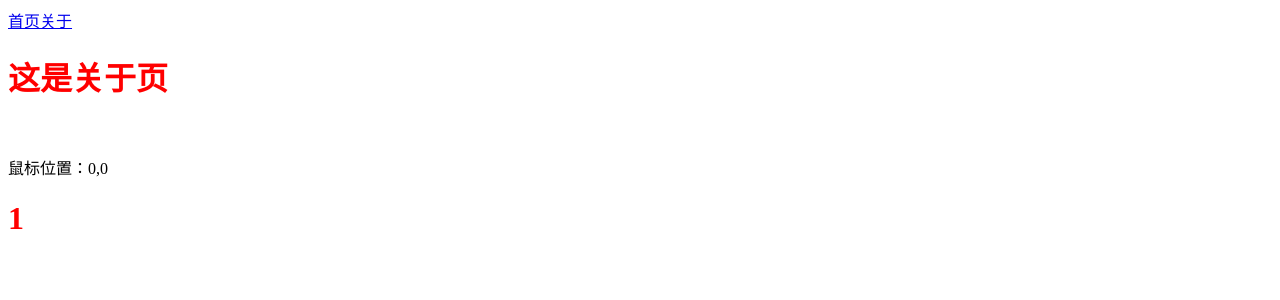
Repository: aiyoudiao/aiyou-vue3-example
Page: /#/about (app in example-01/)
These files come from the project's save history. The page is drawn as it stood at one moment and after the next save; the edit follows.
The browser window is 1280 px wide. The pictures show the whole page.
The project was rebuilt for these pictures with package versions that can differ from the ones it lists, and the page was loaded fresh each time. Also part of the build but not shown: example-01/vite.config.js, example-01/src/pages/home.vue.

Above is the page before, as saved 2021-11-01 16:24:31.

After the next save:
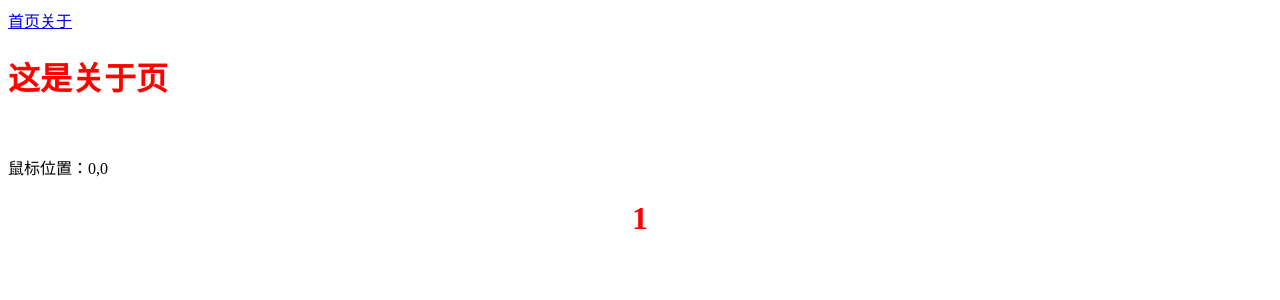
Saved 47 s later.
--- a/example-01/src/components/Counter.vue
+++ b/example-01/src/components/Counter.vue
@@ -18,6 +18,9 @@ function add () {
 </script>
 
 <style scoped>
+div {
+    text-align: center;
+}
 h1 {
     color: v-bind(color);
 }
